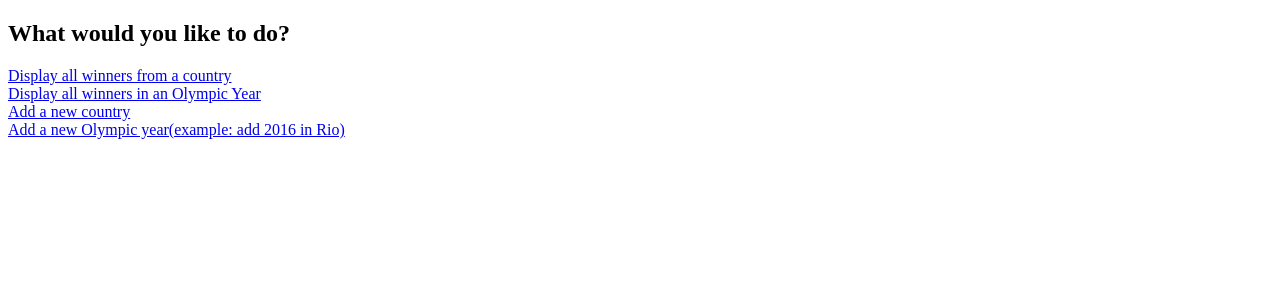
Repository: dudleydalton/Midterm
Page: http://localhost/
The author's editor kept a record of every edit. The page is drawn from the files as they stood at one moment, then again after the next edit.
The browser window is 1280 px wide. The pictures show the whole page.
The page is run by PHP 8.4 with error messages shown; the project is at /var/www/html/. Queries for data that is not in the repository find no rows.

Above is the page before.

### index.php
<!DOCTYPE html>
<html>
    <head>
        <title>Midterm</title>
    </head>
<body>
<?php
    $servername = "localhost";
    $username = 'siteuser';
    $password = 'mypass';
    $dbname="Olympics";

    //create connection
    $conn = new mysqli($servername, $username, $password, $dbname);

    //check connection
    if ($conn->connect_error) {
     die("Connection failed: " . $conn->connect_error);
    }

    //create the query to get the categories
    $query = "SELECT semester FROM course";
    $result = $conn->query($query);

    //Create dropdown list
    ?>
    <h2>What would you like to do?</h2>
    <a href="DisplayCountryWinners.php">Display all winners from a country</a>
    <br>
    <a href="DisplayWinnersYear.php">Display all winners in an Olympic Year</a>
    <br>
    <a href="AddCountry.php">Add a new country</a></option>
    <br>
    <a href="AddYear.php">Add a new Olympic year(example: add 2016 in Rio)</a>
    <br>
        <?php


        if(isset($_POST['semesterChosen']))
        {
        $semesterChosen = $_POST['semesterChosen'];
        $subjectChosen = $_POST['subjectChosen'];

        //dont have to specify which table every time
        //$query = "SELECT * FROM course
        //WHERE course.semester = '$semesterChosen'
        //AND coursesubject ='$subjectChosen'";

        //retrieve all classes
        $query = "SELECT * FROM course
        WHERE semester = '$semesterChosen'
        AND subject ='$subjectChosen'";
        $classes = $conn->query($query);

        //retrieve all instructors
        $query = "SELECT * FROM instructor";
        $instructors = $conn->query($query);

        //retrieve all rooms
        $query = "SELECT * FROM room";
        $rooms = $conn->query($query);

        //retrieve all schedules
        $query = "SELECT * FROM schedule";
        $schedule = $conn->query($query);

        echo "<br>";

        ?>
            <?php

            if ($classes->num_rows > 0) {
                // output data of each row
                while($row = $classes->fetch_assoc() and $row2 = $instructors->fetch_assoc() and $row3 = $rooms->fetch_assoc() and $row4 = $schedule->fetch_assoc()) {
                    ?>
                    <table>
                    <tr>
                        <td colspan='7' id="tdfirst"><?php echo $row["subject"]. " ".$row["courseNum"]; ?></td>
                    </tr>
                    <tr>
                        <td id="td1" colspan='7'><?php echo $row["courseName"]; ?> </td>
                    </tr>
                    <tr>
                        <td id="td1" colspan='7'><?php echo "Credits: 3"; ?></td>
                    </tr>
                    <tr>
                        <td id ="td2" colspan='7'><?php echo $row["description"]; ?> </td>
                    </tr>
                    <tr>
                        <th>CRN</th>
                        <th>Section</th>
                        <th>Day</th>
                        <th>Time</th>
                        <th>Location</th>
                        <th>Instructor</th>
                        <th>Begin/End <br> Dates</th>

                    </tr>
                    <tr>
                        <th><?php echo $row["CRN"]; ?></th>
                        <td><?php echo $row["sectionID"]; ?></td>



                        <?php
                        //Print the days and start and end time
                        $CRNCheck = $row["CRN"];
                        //$newquery = "SELECT schedule.* FROM schedule WHERE schedule.courseScheduleID = '$CRNCheck'";
                        $newquery = "SELECT * FROM schedule WHERE schedule.courseScheduleID = '$CRNCheck'";
                        $result = $conn->query($newquery);
                        $row7 = $result->fetch_assoc();
                        ?>
                        <td><?php echo $row7["days"]?></td>

                        <td><?php echo $row7["startTime"]. " - " . $row7["endTime"]; ?></td>

                        <?php
                        //Print the room number and building
                        $check = $row["courseNum"];
                        //$newquery = "SELECT room.* FROM room WHERE room.courseRoom = '$check'";
                        $newquery = "SELECT * FROM room WHERE room.courseRoom = '$check'";
                        $result = $conn->query($newquery);
                        $row5 = $result->fetch_assoc();
                        ?>
                        <td><?php echo $row5["building"]. "-" . $row5["roomNum"]; ?></td>

                        <?php
                        //Print the instructor and the start and end date
                        //$newquery = "SELECT instructor.* FROM instructor WHERE instructor.classTaught = '$check'";
                        $newquery = "SELECT * FROM instructor WHERE instructor.classTaught = '$check'";
                        $result = $conn->query($newquery);
                        $row6 = $result->fetch_assoc();
                        ?>
                        <td><?php echo $row6["lastName"]. ", " . $row6["firstName"]. "<br>" .$row6["initial"]; ?></td>
                        <td><?php echo $row7["startDate"]. " - " . $row7["endDate"]; ?></td>
                    </tr>
                    </table>
                    <?php
                    echo "<br>" . "<br>" . "<br>";
                }
                }else {
                    echo "There is no classes for that subject on the selected semester.";
            }
        }
$conn->close();
?>
</body>
</html>

### main.css
table {
    border: 1px solid black;
    border-collapse: collapse;
}


th {
    border: 1px solid black;
    padding: .2em .5em .2em .5em;
    vertical-align: top;
    color: black;
    text-align: center;
    vertical-align: middle;
    font-size: 110%;
}
td {
    border: 1px solid black;
    padding: .2em .5em .2em .5em;
    vertical-align: middle;
    text-align: center;
}
h2 {
    font-size: 190%;
    margin: 0;
    padding: .25em 0 .5em;
    text-shadow: 2px 2px 4px #999999;
}

#td1 {
    font-weight: bold;
    text-align: left;
    padding: .2em .5em .2em .5em;
}

#td2 {
    text-align: left;
    padding: .2em .5em .2em .5em;
}
tr:nth-child(odd) {
    background: gray;
}

#tdfirst {
    font-size: 130%;
    font-weight: bold;
    text-align: left;
    vertical-align: middle;
    padding: .8em .5em .8em .5em;
}

After the next edit:
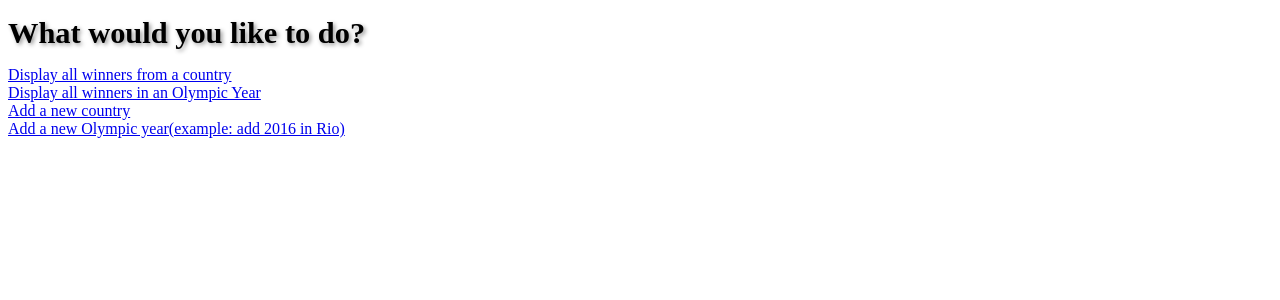
The edit:
--- a/index.php
+++ b/index.php
@@ -2,6 +2,7 @@
 <html>
     <head>
         <title>Midterm</title>
+        <link rel="stylesheet" type="text/css" href="main.css" />
     </head>
 <body>
 <?php
